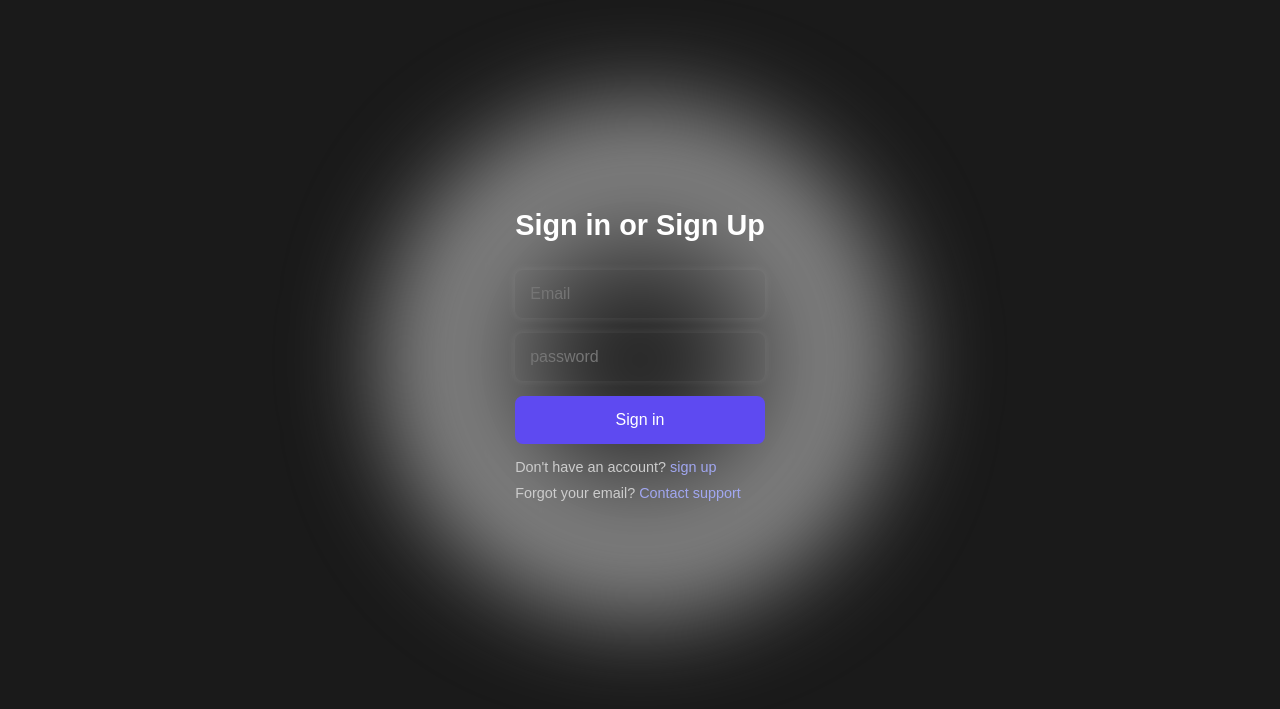
Repository: cmd-keyu/mobileppsh
Page: pages/login.html
The author's editor kept a copy of each file at every save. The page is drawn from the files as they stood at one save, then again after the next save.
The browser window is 1280 px wide. The pictures show the whole page.

Above is the page before, as saved 2024-11-12 12:06:20.

### pages/login.html
<!DOCTYPE html>
<html lang="en">
<head>
  <meta charset="UTF-8">
  <meta name="viewport" content="width=device-width, initial-scale=1.0">
  <title>Sign In Form</title>
  <link rel="stylesheet" href="../css/login.css">
  <script src="../javascript/login.js" defer></script>
</head>
<body>
  <div class="container">
    <div class="glow-box">
      <h2 style="color: white;">Sign in or Sign Up</h2>
      <br>
      <!-- <p>All that is required is only your email for sign-up or sign-in!!</p> -->
      <form action="account.html">
        <div class="sign-up">
            <input type="text" placeholder="name" class="disabled-btn hi">
            <br>
            <br>
            <input type="text" placeholder="address (Optional)" class="hi">
            <br>
            </div>
        <input type="email" placeholder="Email" required class="hi">
        <input type="password" placeholder="password" required class="hi">
        <button type="submit" class="sign-in-btn-hide">Sign in</button>
        <button type="submit" class="sign-up-btn-hide">Sign up</button>
      </form>
      <div class="support">
        <p class="sign-up-text-hide">Don't have an account? <label for="sign-up-btn" class="colorsnup">sign up</label><button class="sign-up-btn hide-btn2" id="sign-up-btn">sign up</button></p>
        <p class="sign-in-text-hide">Already have an account? <label for="sign-in-btn" class="colorsnup">sign in</label><button class="sign-in-btn hide-btn2" id="sign-in-btn">sign in</button></p>
        <p>Forgot your email? <a href="#">Contact support</a></p>
      </div>
    </div>
  </div>
</body>
</html>

### css/login.css
* {
    margin: 0;
    padding: 0;
    box-sizing: border-box;
    font-family: Arial, sans-serif;
  }

  body {
    display: flex;
    justify-content: center;
    align-items: center;
    height: 100vh;
    background-color: #1a1a1a;
  }

  .container {
    display: flex;
    justify-content: center;
    align-items: center;
    height: 100%;
  }

  .glow-box::before {
    content: '';
    position: absolute;
    top: 50%;
    left: 50%;
    width: 500px;
    height: 500px;
    background: radial-gradient(circle, black, white);
    transform: translate(-50%, -50%);
    z-index: -1;
    border-radius: 50%;
    filter: blur(50px);
  }

  h2 {
    font-size: 1.8em;
    margin-bottom: 10px;
  }
  label:hover{

    text-decoration: underline;

  }

  p {
    margin-bottom: 10px;
    font-size: 0.9em;
    color: #ccc;
  }

  form {
    display: flex;
    flex-direction: column;
    gap: 15px;
  }

  input[type="email"] {
    padding: 15px;
    font-size: 1em;
    border: none;
    border-radius: 8px;
    outline: none;
    width: 100%;
    box-shadow: 0 0 8px rgba(255, 255, 255, 0.1);
  }
  input[type="password"] {
    padding: 15px;
    font-size: 1em;
    border: none;
    border-radius: 8px;
    outline: none;
    width: 100%;
    box-shadow: 0 0 8px rgba(255, 255, 255, 0.1);
  }

  input[type="text"] {
    padding: 15px;
    font-size: 1em;
    border: none;
    border-radius: 8px;
    outline: none;
    width: 100%;
    box-shadow: 0 0 8px rgba(255, 255, 255, 0.1);
  }

  button {
    padding: 15px;
    font-size: 1em;
    background-color: #5e4af1;
    color: #fff;
    border: none;
    border-radius: 8px;
    cursor: pointer;
    transition: background 0.3s;
  }

  button:hover {
    background-color: #4a3bdb;
  }

  .support {
    margin-top: 15px;
  }

  .support a {
    color: #a1a7f1;
    text-decoration: none;
  }

  .support a:hover {
    text-decoration: underline;
  }

  .sign-up{
    display: none;
  }

  .colorsnup{
    color: #a1a7f1;
  }

  .sign-up-btn-hide{
    display: none;
  }

  .hide-btn2{
    display: none;
  }

  .sign-in-text-hide{
    display: none;
  }
  .hi{
    /* border: none; */
    background-color: inherit;
    border-bottom: solid beige 1px;
    box-shadow: 9px 9px 10px beige;
  }

### javascript/login.js

const sign_up = document.querySelector('.sign-up')
const sign_up_btn = document.querySelector('.sign-up-btn')
const sign_in_btn = document.querySelector('.sign-in-btn')
const sign_in_btn_hide = document.querySelector('.sign-in-btn-hide')
const sign_up_btn_hide = document.querySelector('.sign-up-btn-hide')
const sign_in_text_hide = document.querySelector('.sign-in-text-hide')
const sign_up_text_hide = document.querySelector('.sign-up-text-hide')
const disabled_btn = document.querySelector('.disabled-btn')

sign_up_btn.addEventListener("click", () => {

  sign_up.style.display = 'block'
  sign_in_btn_hide.style.display = 'none'
  sign_up_btn_hide.style.display = 'block'
  sign_in_text_hide.style.display = 'block'
  sign_up_text_hide.style.display = 'none'
  disabled_btn.setAttribute('required', true)

})

sign_in_btn.addEventListener("click", () => {

  sign_up.style.display = 'none'
  sign_in_btn_hide.style.display = 'block'
  sign_up_btn_hide.style.display = 'none'
  sign_in_text_hide.style.display = 'none'
  sign_up_text_hide.style.display = 'block'
  disabled_btn.setAttribute('required', false)

})

After the next save:
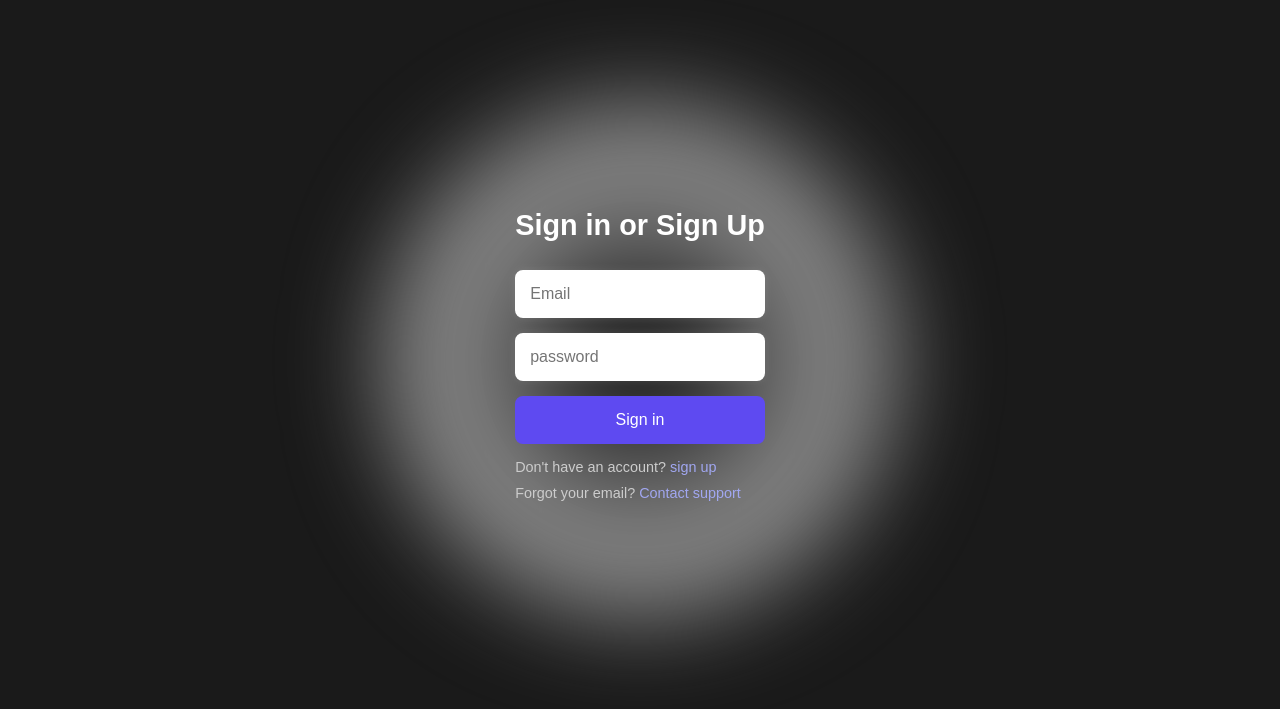
Saved 8 s later.
--- a/css/login.css
+++ b/css/login.css
@@ -134,7 +134,7 @@
   }
   .hi{
     /* border: none; */
-    background-color: inherit;
+    /* background-color: inherit; */
     border-bottom: solid beige 1px;
     box-shadow: 9px 9px 10px beige;
   }

After the 3 saves that followed:
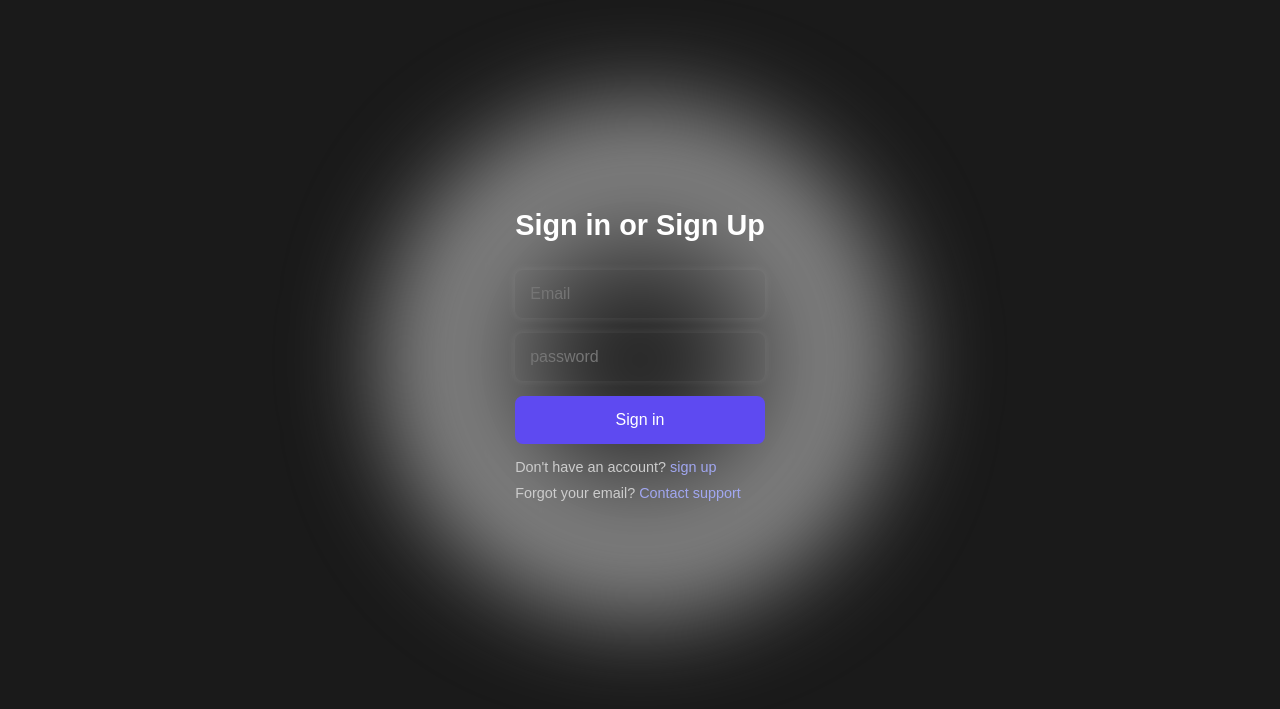
The 3 saves are shown as one change because 1 left the picture as it was and some came seconds apart.
The last was saved 16 s later.
--- a/css/login.css
+++ b/css/login.css
@@ -133,8 +133,8 @@
     display: none;
   }
   .hi{
-    /* border: none; */
-    /* background-color: inherit; */
+    border: none;
+    background-color: inherit;
     border-bottom: solid beige 1px;
     box-shadow: 9px 9px 10px beige;
   }
